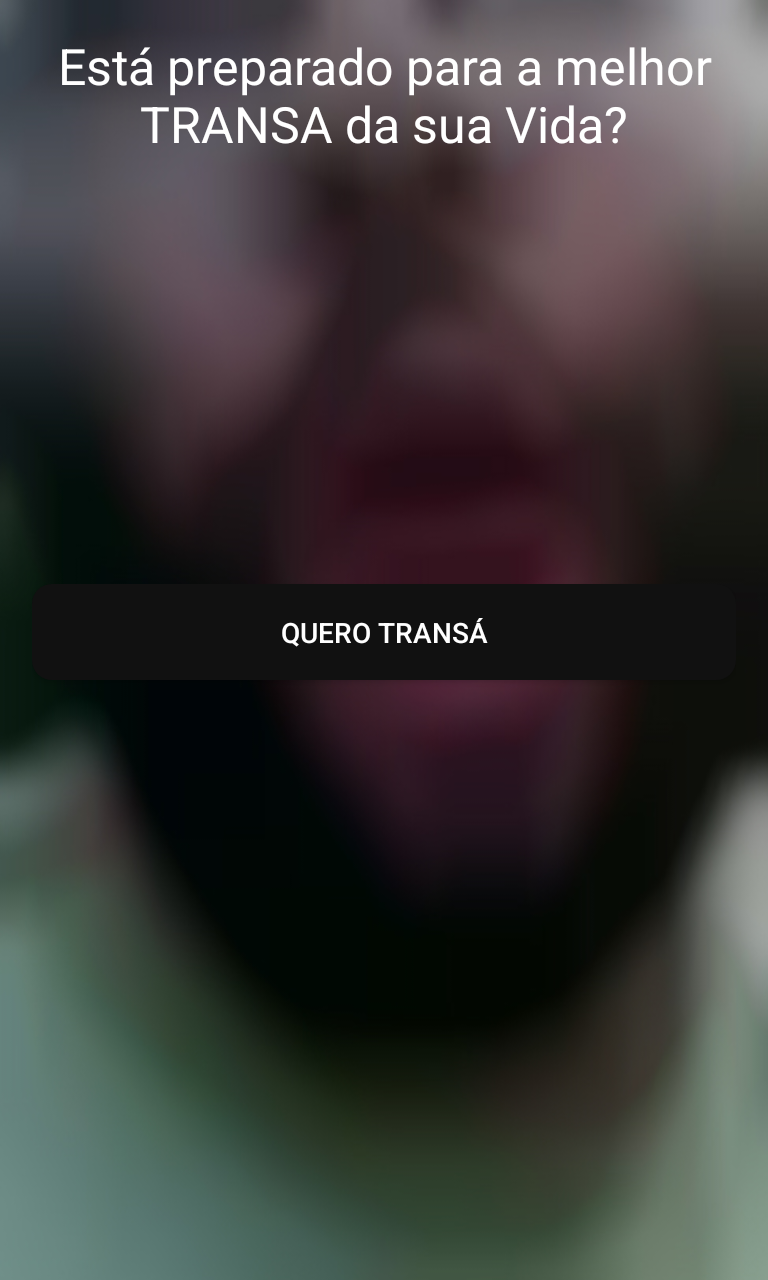
Repository: Cookahn/bioca_sounds
Layout: ChicoBiocaApp/res/layout/activity_main.xml
An editor plug-in stored every save of this project. The layout is shown before and after the next save, followed by the edit.
It is drawn on a 768 x 1280 px phone screen (xhdpi) without system bars, with theme AppTheme; the app's code is not run.

Above is the layout before, as saved 2014-08-12 13:12:54.

After the next save:
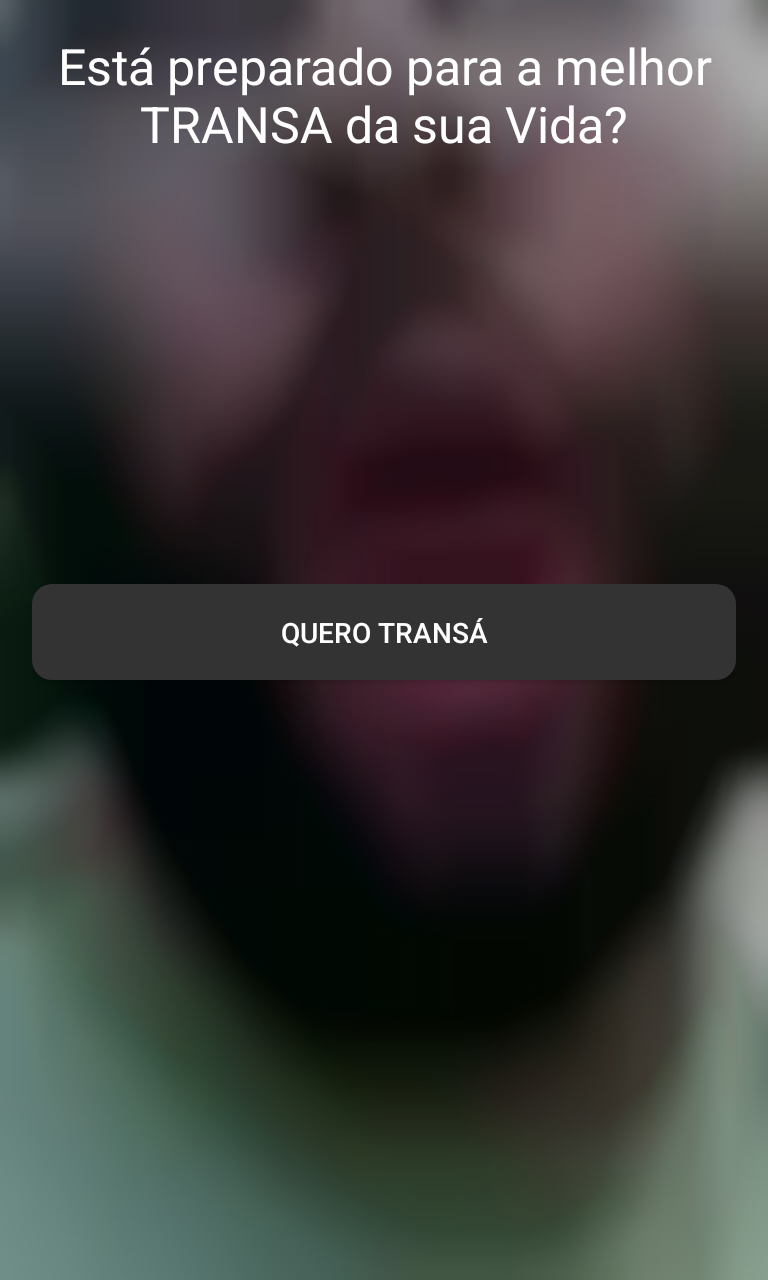
Saved 6 s later.
--- a/ChicoBiocaApp/res/drawable-mdpi/button_to_fuck.xml
+++ b/ChicoBiocaApp/res/drawable-mdpi/button_to_fuck.xml
@@ -3,7 +3,7 @@
     android:padding="10dp"
     android:shape="rectangle" >
 
-    <solid android:color="#111" />
+    <solid android:color="#333" />
 
     <corners
         android:bottomLeftRadius="10dp"
